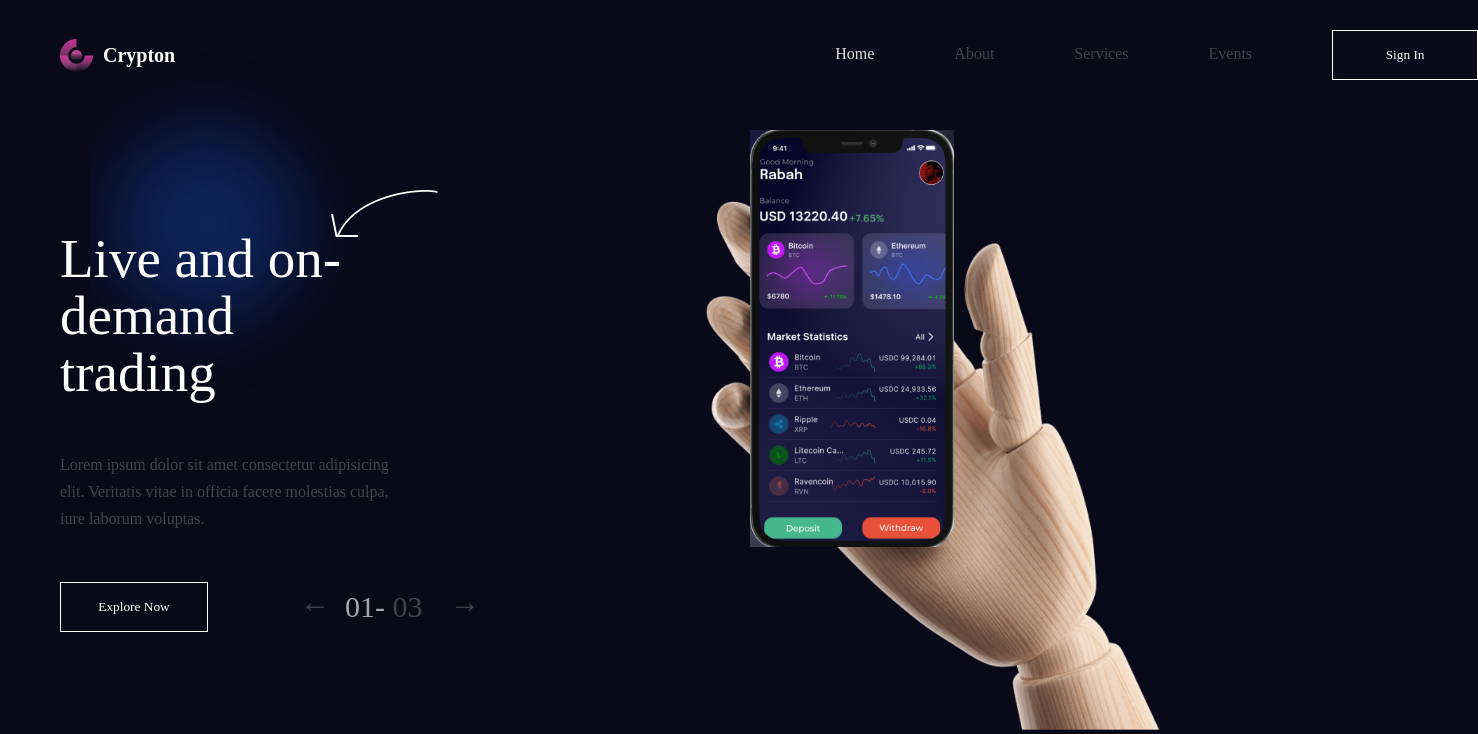
Repository: isaacCodes1/Crypton-Website
Page: index.html
An editor plug-in stored every save of this project. The page is shown before and after a run of saves, followed by the edit.
The browser window is 1280 px wide. The page is 1478 px wide, so the pictures cover 1478 px, including what lies to the right of the window. The pictures show the whole page.

Above is the page before, as saved 2024-05-14 21:00:57.

After the next 3 saves:
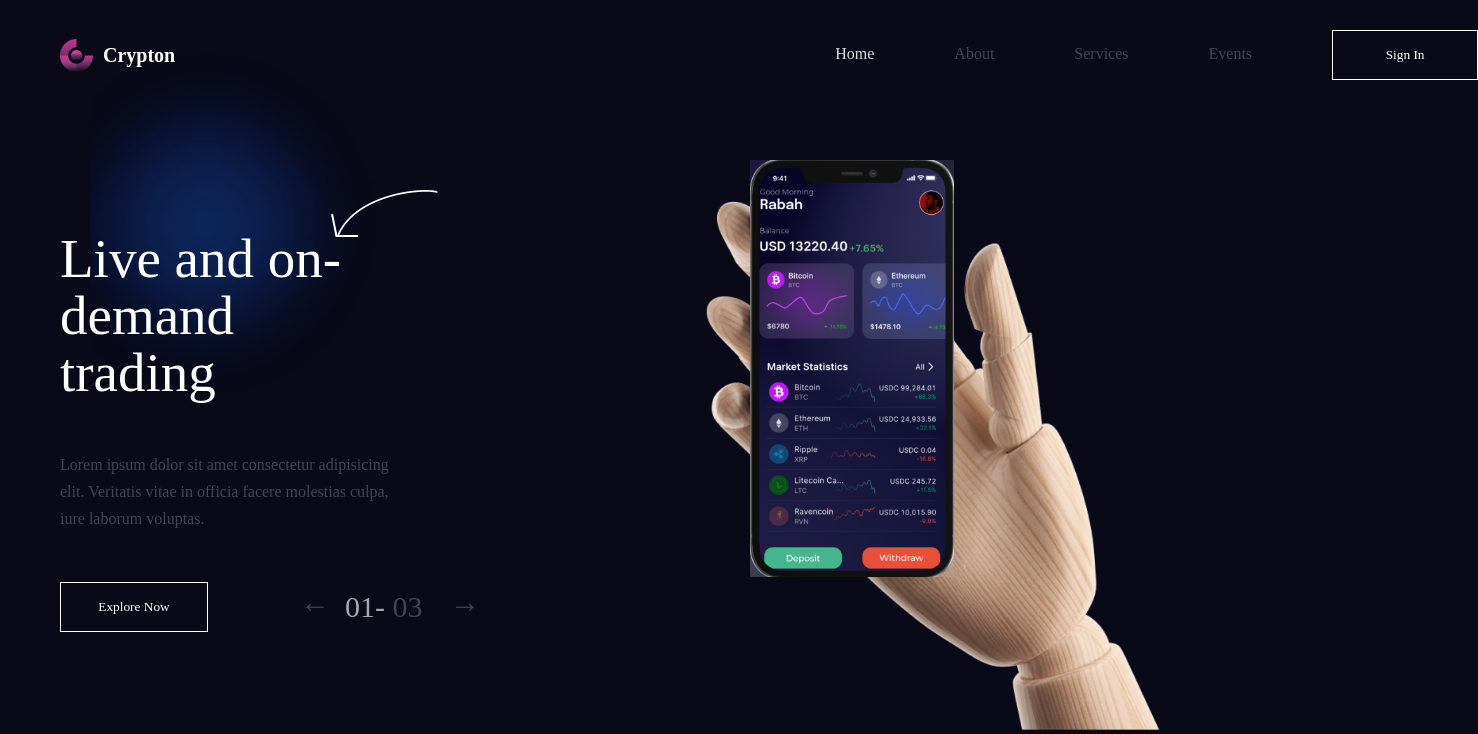
The 3 saves are shown as one change because they came seconds apart.
The last was saved 9 s later.
--- a/style.css
+++ b/style.css
@@ -143,6 +143,6 @@ body{
 .wood{
     position: absolute;
     right: 206px;
-    top: -60px;
+    top: -30px;
     width: 45%;
 }
